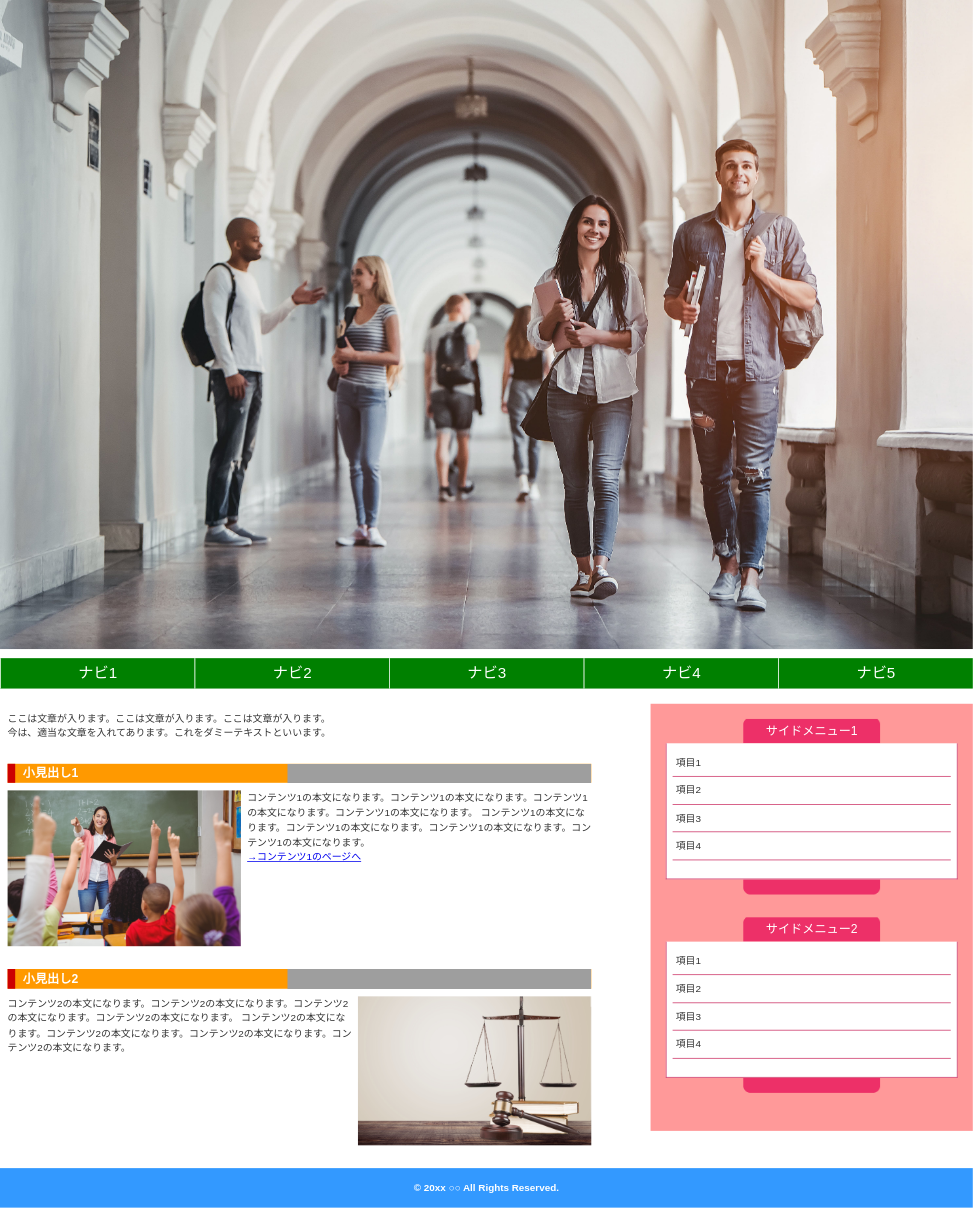
Repository: Na0Se/samurai_HTML-CSS
Page: home.html
The author's editor kept a record of every edit. The page is drawn from the files as they stood at one moment, then again after the next edit.
The browser window is 1280 px wide. The pictures show the whole page, at 76% of full size.
Pictures or frames that could not be fetched are drawn as grey boxes.

Above is the page before.

### home.html
<!DOCTYPE html>
<html lang="ja">
    <head>
        <meta charset="UTF-8">
        <title>HTML/CSSの学習</title>
        <link rel="stylesheet" href="stylesheet.css">
    </head>
    <body>
        <div id="header">
            <h1><a href="index.html"><img id="corridor" src="images/corridor.jpg" alt="大学の廊下" /></a></h1>
        </div>
        <div id="wrapper">
            <div id="nav">
                <ul>
                    <li><a href="home.html">ナビ1</a></li>
                    <li><a href="#">ナビ2</a></li>
                    <li><a href="#">ナビ3</a></li>
                    <li><a href="#">ナビ4</a></li>
                    <li><a href="#">ナビ5</a></li>
                </ul>
            </div>
            <div id="container">
                <div id="main">
                    <div class="post">
                        <p>ここは文章が入ります。ここは文章が入ります。ここは文章が入ります。<br />今は、適当な文章を入れてあります。これをダミーテキストといいます。</p>
                    </div>
                    <div class="post clearfix">
                        <h2>小見出し1</h2>
                        <img class="left" src="images/classroom.jpg" alt="授業風景" />
                        <p>
                            コンテンツ1の本文になります。コンテンツ1の本文になります。コンテンツ1の本文になります。コンテンツ1の本文になります。
                            コンテンツ1の本文になります。コンテンツ1の本文になります。コンテンツ1の本文になります。コンテンツ1の本文になります。
                        </p>
                        <p><a href="#">→コンテンツ1のページへ</a></p>
                    </div>
                    <div class="post clearfix">
                        <h2>小見出し2</h2>
                        <img class="right" src="images/scale.jpg" alt="天秤" />
                        <p>
                            コンテンツ2の本文になります。コンテンツ2の本文になります。コンテンツ2の本文になります。コンテンツ2の本文になります。
                            コンテンツ2の本文になります。コンテンツ2の本文になります。コンテンツ2の本文になります。コンテンツ2の本文になります。
                        </p>
                    </div>
                </div>
                <div id="side">
                    <div class="box">
                        <h2>サイドメニュー1</h2>
                        <div class="boxBody">
                            <ul>
                                <li>項目1</li>
                                <li>項目2</li>
                                <li>項目3</li>
                                <li>項目4</li>
                            </ul>
                        </div>
                    </div>
                    <div class="box">
                        <h2>サイドメニュー2</h2>
                        <div class="boxBody">
                            <ul>
                                <li>項目1</li>
                                <li>項目2</li>
                                <li>項目3</li>
                                <li>項目4</li>
                            </ul>
                        </div>
                    </div>
                </div>
            </div>
        </div>
        <div id="footer">
            <p>&copy; 20xx ○○ All Rights Reserved.</p>
        </div>
    </body>
</html>

### stylesheet.css
@charset "utf-8";

body {
	margin: 0;
	padding: 0;
	font-family: "ヒラギノ角ゴ Pro W3", "Hiragino Kaku Gothic Pro", "メイリオ", Meiryo, Osaka, "ＭＳ Ｐゴシック", "MS PGothic", sans-serif;
	color: #333;
	font-size: 13px;
	line-height: 150%;
}

/* -------------------- wrapper -------------------- */
#wrapper {
    width: 100%;
    margin: auto;
    padding: 0px;
    border: 0px;
    background-color: #FFF;
    top: 10px;
    position: relative;
}

/* -------------------- header -------------------- */
#header {
	width: 100%;
}
#header h1 {
	margin: 0;
	padding: 0;
}

#corridor {
	width: 100%;
	height: auto;
}

/* -------------------- footer -------------------- */
#footer {
	clear: both;
	width: 100%;
	padding: 3px 0 3px 0;
	background: #39F;
	color: #FFF;
	font-weight: bold;
	text-align: center;
}

/* -------------------- nav -------------------- */
#nav {
	width: 100%;
}
#nav ul {
	margin: 0;
	padding: 0;
	list-style-type: none;
}
#nav ul li {
	float: left;
	width: 20%;
	text-align: center;
}
#nav ul li a {
	display: block;
	height: 20px;
	margin: 0;
	padding: 10px;
	color: #FFF;
	font-size: 20px;
	text-decoration: none;
	background-color: green;
    border-left: 1px solid white;
}

/* -------------------- container -------------------- */
#container {
	width: 100%;
	margin: auto ;
	padding-top: 20px;
	clear: both;
}
/* -------------------- main -------------------- */
#main {
	float: left;
	width: 60%;
	padding: 10px 30px 10px 10px;
}
#main h2 {
	margin: 0 0 10px 0;
	padding: 3px 10px 3px 10px;
	color: #FFF;
	font-size: 16px;
	border-left: solid 10px #C00;
	background: #F90 url(../images/main_h2.jpg) right top repeat-y;
}
#main p {
	margin: 0;
	padding: 0;
}
#main .post {
	margin: 0 0 30px 0;
}

#main .post img.right {
	margin: 0 0 0 8px;
}
#main .post img.left {
	margin: 0 8px 0 0;
}

.right {
	float: right;
	width: 40%;
	height: auto;
}
.left {
	float: left;
	width: 40%;
	height: auto;
}

/* -------------------- clearfix -------------------- */
.clearfix {
	zoom: 1;
}
.clearfix:after{
	content: "";
	display: block;
	clear: both;
}

/* -------------------- side -------------------- */
#side {
	float: right;
	width: 30%;
	padding: 20px;
	background-color: #F99;
}
#side .box {
	margin: 0 auto 30px auto;
	padding: 0 0 20px 0;
	background: url(images/side_box.png) bottom no-repeat;
}
#side .box h2 {
	margin: 0;
	padding: 8px;
	text-align: center;
	color: #fff;
	font-size: 16px;
	line-height: 16px;
	font-weight: normal;
	background: url(images/side_box_h2.png) center no-repeat;
}
#side .box .boxBody {
	padding: 8px;
	border-right: solid 1px #C36;
	border-bottom: solid 1px #C36;
	border-left: solid 1px #C36;
	background: #fff;
}
#side .box .boxBody ul {
	margin: 0 0 16px 0;
	padding: 0;
}
#side .box .boxBody ul li {
	padding: 8px 0 8px 4px;
	list-style: none;
	border-bottom: solid 1px #C36;
}

After the next edit:
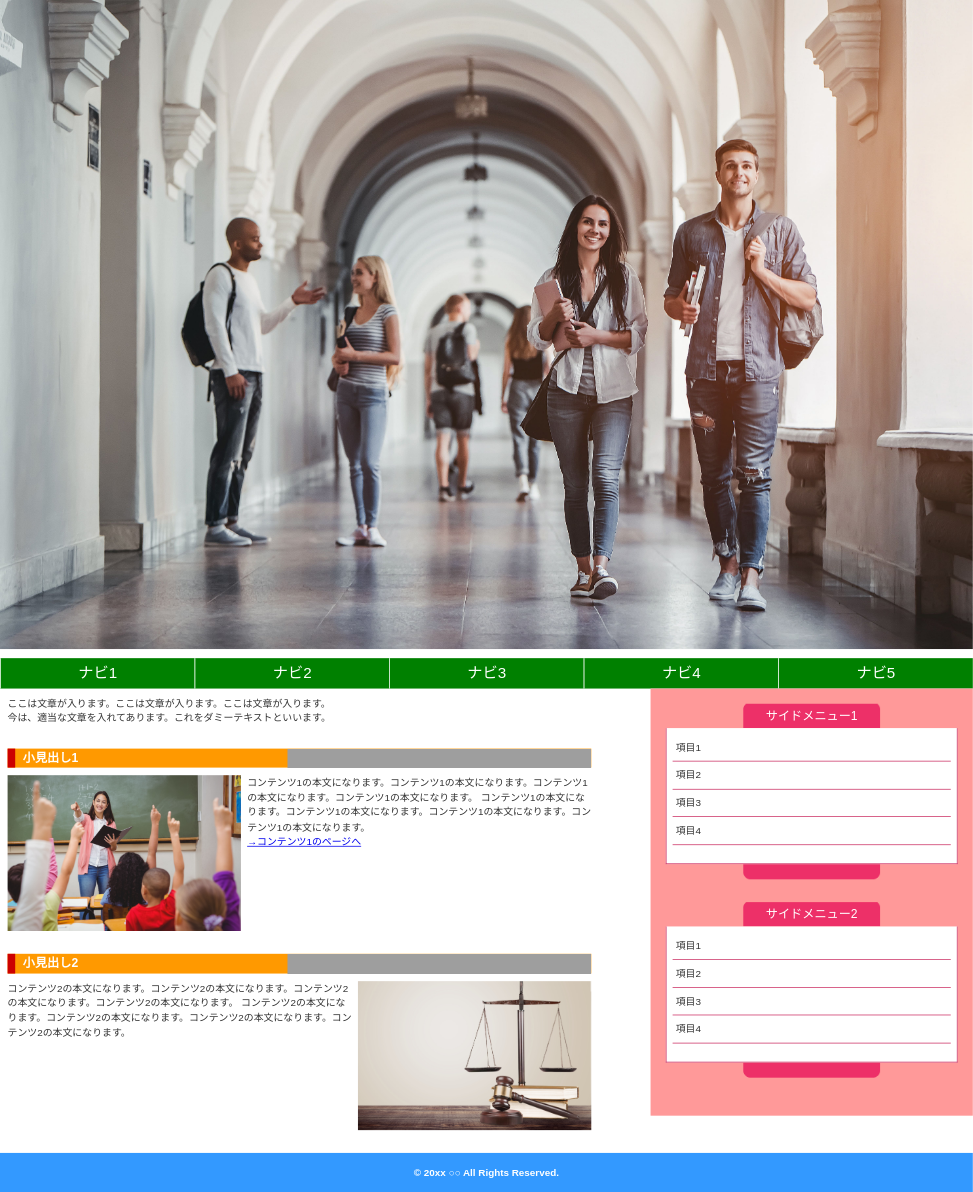
The edit:
--- a/stylesheet.css
+++ b/stylesheet.css
@@ -71,6 +71,10 @@
     border-left: 1px solid white;
 }
 
++ #nav ul li a:hover {
++	 filter: drop-shadow(10px 10px 10px black);
++ }
++
 /* -------------------- container -------------------- */
 #container {
 	width: 100%;

After the 2 edits that followed:
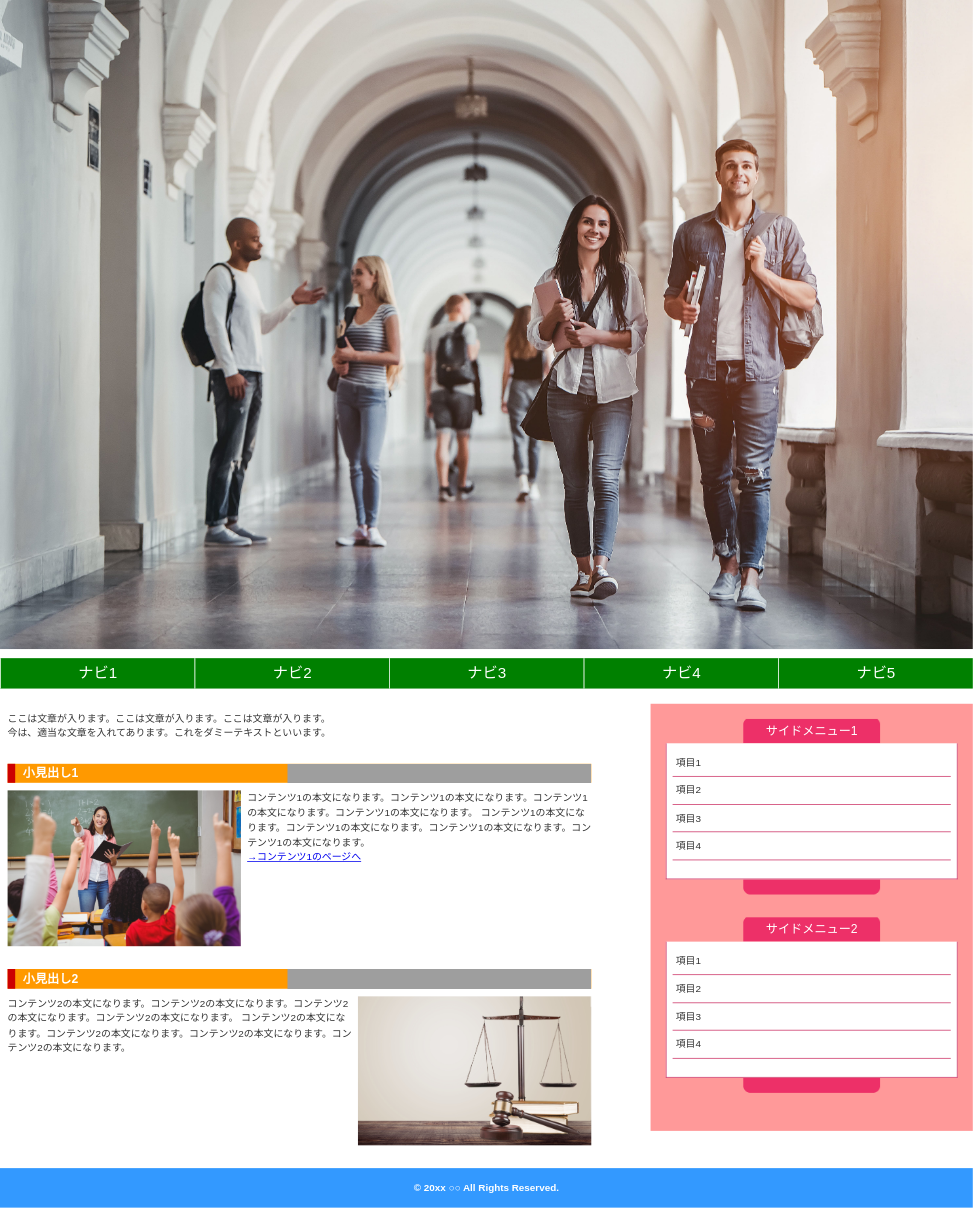
The 2 edits are shown as one change because 1 left the picture as it was.
The edit:
--- a/stylesheet.css
+++ b/stylesheet.css
@@ -71,10 +71,10 @@
     border-left: 1px solid white;
 }
 
-+ #nav ul li a:hover {
-+	 filter: drop-shadow(10px 10px 10px black);
-+ }
-+
+ #nav ul li a:hover {
+	 filter: drop-shadow(10px 10px 10px black);
+ }
+
 /* -------------------- container -------------------- */
 #container {
 	width: 100%;
